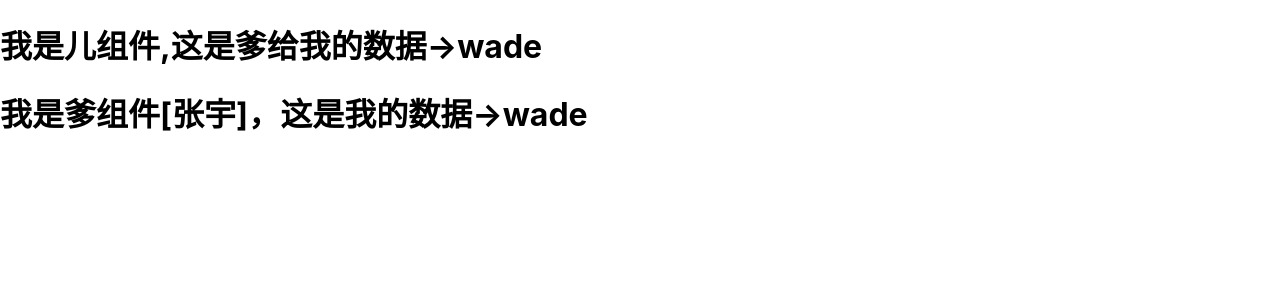
Repository: ZhangCoder0812/zf-react-project
Page: /
These files come from the project's save history. The page is drawn as it stood at one moment and after a run of saves; the edit follows.
The browser window is 1280 px wide. The pictures show the whole page.
The project was rebuilt for these pictures with package versions that can differ from the ones it lists, and the page was loaded fresh each time.

Above is the page before, as saved 2021-05-17 10:58:07.

### src/index.js
import React from "react";
import ReactDOM from "react-dom";
import "./index.css";
import App from "./App";

ReactDOM.render(
    <App className="我是父组件传的值" />, // 严格模式可能会导致多次渲染
    // <React.StrictMode>
    //   <App />
    // </React.StrictMode>,
    document.getElementById("root")
);

### src/App.js
import React from "react";
import Child from "./child";

class App extends React.Component {
    state = {
        name: "wade",
    };
    render() {
        let { name } = this.state;
        return (
            <div>
                <Child data={name} />
                <h1>我是爹组件[张宇]，这是我的数据->{name}</h1>
            </div>
        );
    }
}

export default App;

### src/child.js
import React from "react";

function child(props) {
    // props 父组件传的数据
    let { data } = props;
    return (
        <div>
            <h1>我是儿组件,这是爹给我的数据->{data}</h1>
        </div>
    );
}

export default child;

Loaded but not shown: public/index.html (common file); src/index.css (common file)

After the next 2 saves:
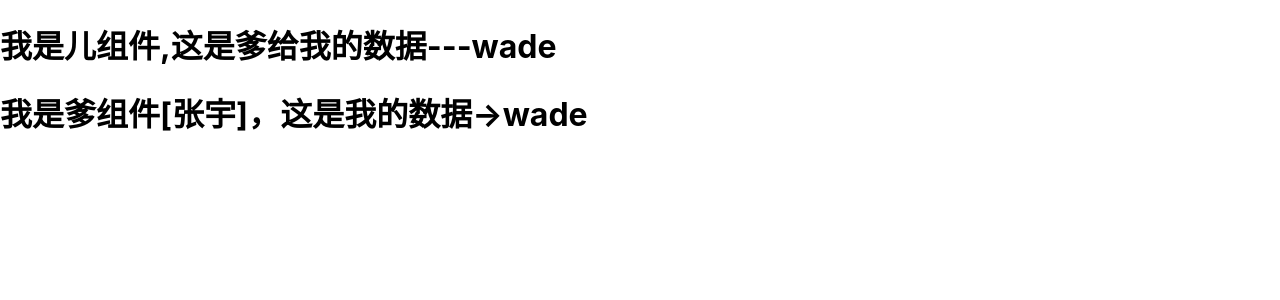
The 2 saves are shown as one change because they came seconds apart.
The last was saved 11 s later.
--- a/src/child.js
+++ b/src/child.js
@@ -5,7 +5,7 @@ function child(props) {
     let { data } = props;
     return (
         <div>
-            <h1>我是儿组件,这是爹给我的数据->{data}</h1>
+            <h1>我是儿组件,这是爹给我的数据---{data}</h1>
         </div>
     );
 }
